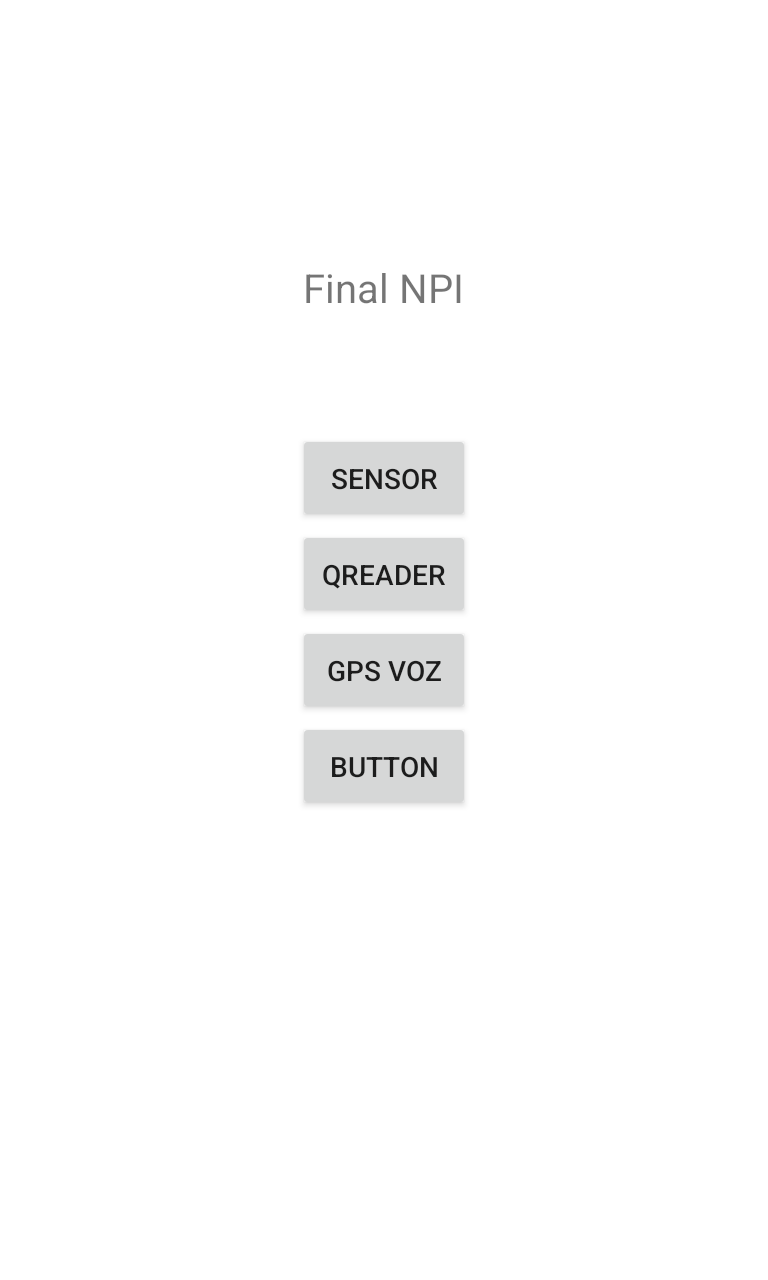
Repository: ADoncel/Android-NPI
Layout: ProyectAndroid/AndroidMetaio/res/layout/activity_main.xml
An editor plug-in stored every save of this project. The layout is shown before and after the next save, followed by the edit.
It is drawn on a 768 x 1280 px phone screen (xhdpi) without system bars, with theme AppTheme; the app's code is not run.

Above is the layout before, as saved 2015-01-21 00:25:43.

### ProyectAndroid/AndroidMetaio/res/layout/activity_main.xml
<RelativeLayout xmlns:android="http://schemas.android.com/apk/res/android"
    xmlns:tools="http://schemas.android.com/tools"
    android:layout_width="fill_parent"
    android:layout_height="fill_parent"
    android:background="#FFF"
    android:paddingBottom="@dimen/activity_vertical_margin"
    android:paddingLeft="@dimen/activity_horizontal_margin"
    android:paddingRight="@dimen/activity_horizontal_margin"
    android:paddingTop="@dimen/activity_vertical_margin"
    tools:context="com.meatio.androidmetaio.MainActivity" >

    <TextView
        android:id="@+id/main_text"
        android:layout_width="wrap_content"
        android:layout_height="wrap_content"
        android:layout_alignParentTop="true"
        android:layout_centerHorizontal="true"
        android:layout_marginTop="114dp"
        android:text="@string/title_app"
        android:textSize="20sp" />

    <Button
        android:id="@+id/qrreader_button"
        android:layout_width="wrap_content"
        android:layout_height="wrap_content"
        android:layout_alignLeft="@+id/speakGPS_button"
        android:layout_alignRight="@+id/speakGPS_button"
        android:layout_below="@+id/sensor_button"
        android:text="@string/qr_button" />

    <Button
        android:id="@+id/speakGPS_button"
        android:layout_width="wrap_content"
        android:layout_height="wrap_content"
        android:layout_below="@+id/qrreader_button"
        android:layout_centerHorizontal="true"
        android:text="@string/speak_button" />

    <Button
        android:id="@+id/fotobrujula_button"
        android:layout_width="wrap_content"
        android:layout_height="wrap_content"
        android:layout_alignLeft="@+id/speakGPS_button"
        android:layout_alignRight="@+id/speakGPS_button"
        android:layout_below="@+id/speakGPS_button"
        android:text="Button" />

    <Button
        android:id="@+id/sensor_button"
        android:layout_width="wrap_content"
        android:layout_height="wrap_content"
        android:layout_alignLeft="@+id/qrreader_button"
        android:layout_alignRight="@+id/qrreader_button"
        android:layout_below="@+id/main_text"
        android:layout_marginTop="58dp"
        android:text="@string/sensor_button" />

</RelativeLayout>

### ProyectAndroid/AndroidMetaio/res/values/strings.xml
<resources>

    <string name="app_name">AndroidMetaio</string>
    <string name="action_settings">Settings</string>
    <string name="metaioSDKSignature">fATHtuYuVAi1IpawQ6m57N8MvdcDtYjBbhnKqC7PkKg=</string>
    <string name="radiobutton_web">Web search</string>
    <string name="radiobutton_free">Free form</string>
    <string name="instructions_langmodel">Choose a language model</string>
    <string name="instructions_numresults">Choose the maximum number of results</string>
    <string name="speechbtn">Press the button to speak</string>
    <string name="title_app">Final NPI</string>
    <string name="speak_button">GPS Voz</string>
    <string name="voice_button">TOMAR</string>
    <string name="latitud_text">LATITUD</string>
    <string name="longitud_text">LONGITUD</string>
    <string name="GPS_button">START GPS</string><string name="qr_button">QReader</string>
    <string name="sensor_button">Sensor</string>

    <!-- Accessibility description sent when user starts drawing a lock pattern. -->
    <string name="lockscreen_access_pattern_start">Pattern started</string>
    <!-- Accessibility description sent when the pattern times out and is cleared. -->
    <string name="lockscreen_access_pattern_cleared">Pattern cleared</string>
    <!-- Accessibility description sent when user adds a cell to the pattern. -->
    <string name="lockscreen_access_pattern_cell_added">Cell added</string>
    <!-- Accessibility description sent when user completes drawing a pattern. -->
    <string name="lockscreen_access_pattern_detected">Pattern completed</string>


    <string name="lock_tip_pattern_ready">Dibuja el patron de desbloqueo：</string>
    <string name="lock_tip_pattern_start">Levante el dedo al terminar：</string>
    <string name="lock_tip_pattern_error_tooless">Establece minimo 4 puntos：</string>
    <string name="lock_tip_pattern_recored">Patron grabado</string>
    <string name="lock_tip_pattern_check">Dibuje el patron de nuevo para confirmar：</string>
    <string name="lock_tip_pattern_error_checkerror">Error de entrada por favor intentelo de nuevo</string>
    <string name="lock_tip_pattern_done">Su nuevo patron de desbloqueo：</string>

    <string name="verify_tip_input">Introduzca el patron：</string>
    <string name="verify_tip_error">La contraseña es incorrecta</string>

    <string name="lock_btn_next">NEXT</string>
    <string name="lock_btn_done">DONE</string>
    <string name="btn_cancel">CANCEL</string>
    <string name="btn_retry">RETRY</string>
    <string name="fotobrujula_button">Foto Brujula</string>

</resources>

Loaded but not shown: ProyectAndroid/AndroidMetaio/res/values/styles.xml (common file); ProyectAndroid/AndroidMetaio/res/values-v11/styles.xml (common file); ProyectAndroid/AndroidMetaio/res/values-v14/styles.xml (common file); ProyectAndroid/AndroidMetaio/res/values/dimens.xml (common file); ProyectAndroid/AndroidMetaio/res/values-w820dp/dimens.xml (common file)

After the next save:
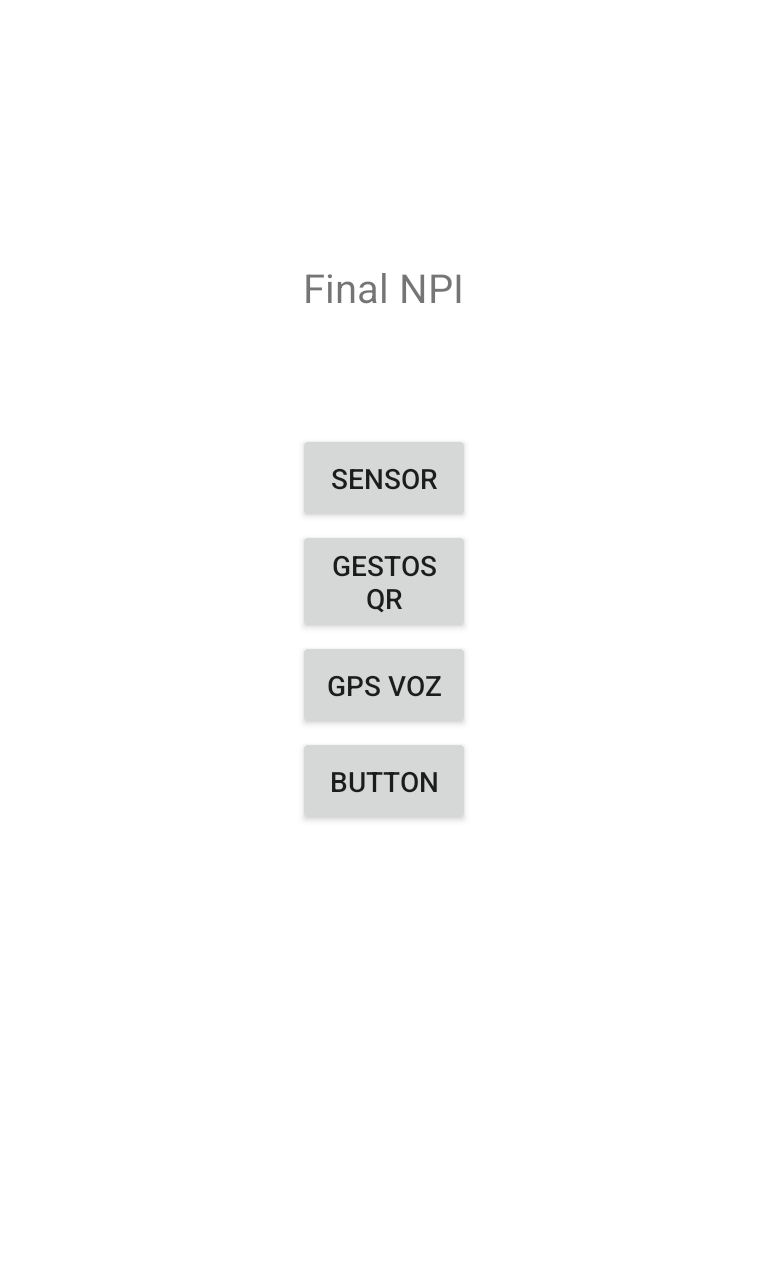
Saved 14 s later.
--- a/ProyectAndroid/AndroidMetaio/res/values/strings.xml
+++ b/ProyectAndroid/AndroidMetaio/res/values/strings.xml
@@ -13,7 +13,7 @@
     <string name="voice_button">TOMAR</string>
     <string name="latitud_text">LATITUD</string>
     <string name="longitud_text">LONGITUD</string>
-    <string name="GPS_button">START GPS</string><string name="qr_button">QReader</string>
+    <string name="GPS_button">START GPS</string><string name="qr_button">Gestos QR</string>
     <string name="sensor_button">Sensor</string>
 
     <!-- Accessibility description sent when user starts drawing a lock pattern. -->
